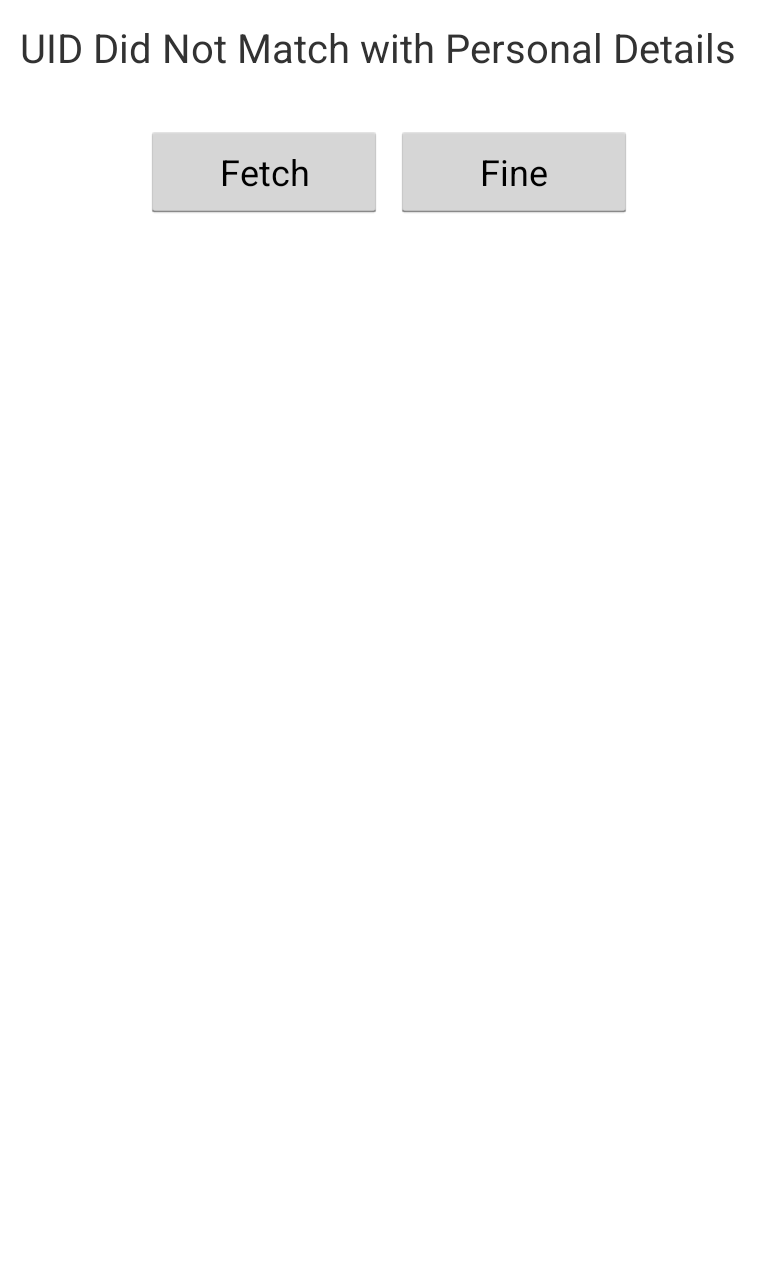
Repository: LennoxAlexion/UID
Layout: Android App/Uid-Project/res/layout/activity_qr_result_failure.xml
These files come from the project's save history. The layout is drawn as it stood at one moment and after the next save; the edit follows.
It is drawn on a 768 x 1280 px phone screen (xhdpi) without system bars, with theme AppTheme; the app's code is not run.

Above is the layout before, as saved 2015-03-29 07:16:18.

After the next save:
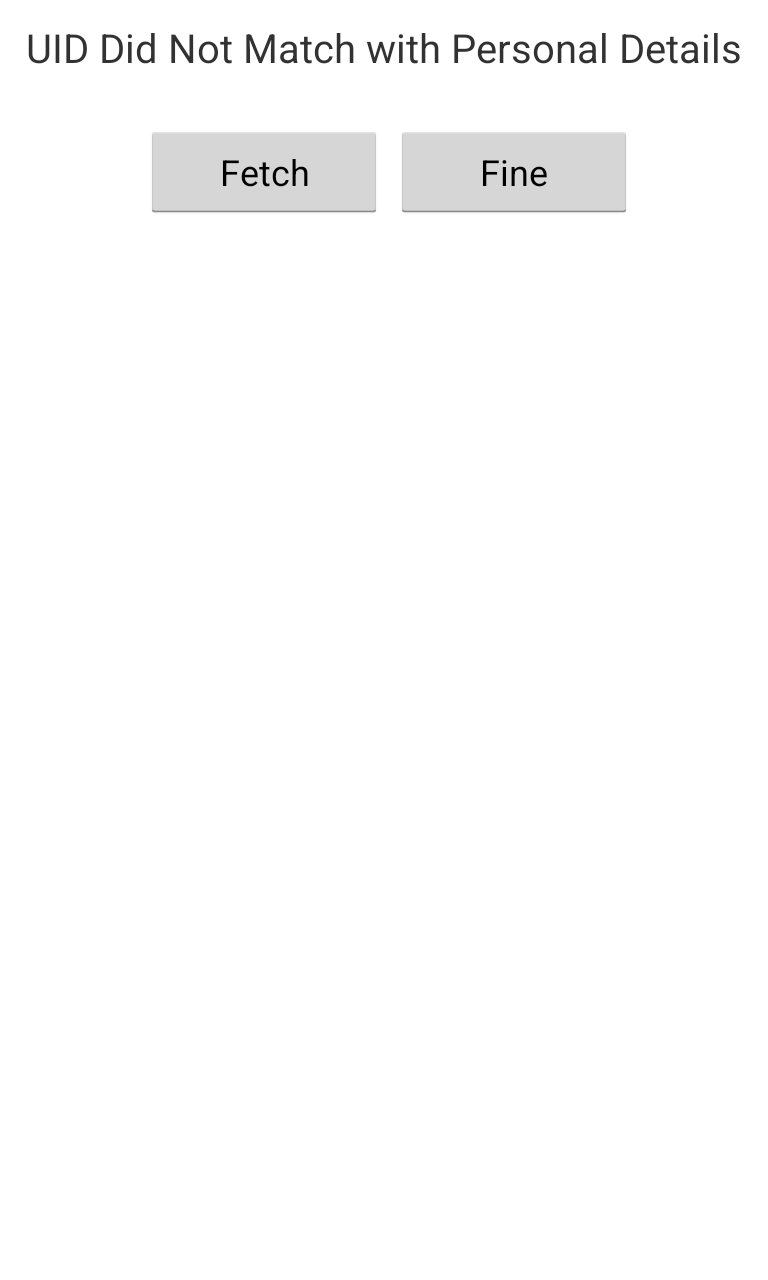
Saved 14 s later.
--- a/Android App/Uid-Project/res/layout/activity_qr_result_failure.xml
+++ b/Android App/Uid-Project/res/layout/activity_qr_result_failure.xml
@@ -10,7 +10,8 @@
         android:layout_height="wrap_content"
         android:text="UID Did Not Match with Personal Details"
         android:layout_margin="10dp"
-        android:textSize="20dp" />
+        android:textSize="20dp"
+        android:layout_gravity="center"/>
 
 
     <LinearLayout
